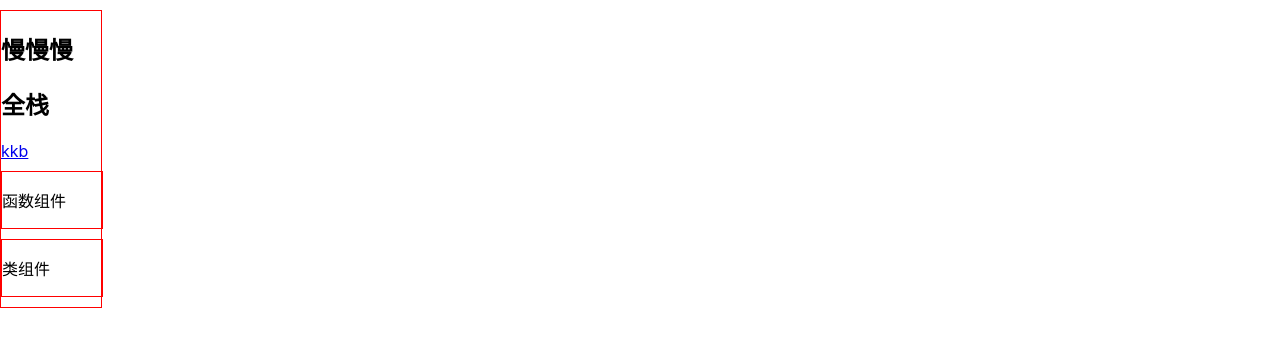
Repository: guoshukun1994/reactByHandWriting
Page: /
The author's editor kept a copy of each file at every save. The page is drawn from the files as they stood at one save, then again after the next save.
The browser window is 1280 px wide. The pictures show the whole page.
The project was rebuilt for these pictures with package versions that can differ from the ones it lists, and the page was loaded fresh each time.

Above is the page before, as saved 2021-02-10 10:05:02.

After the next save:
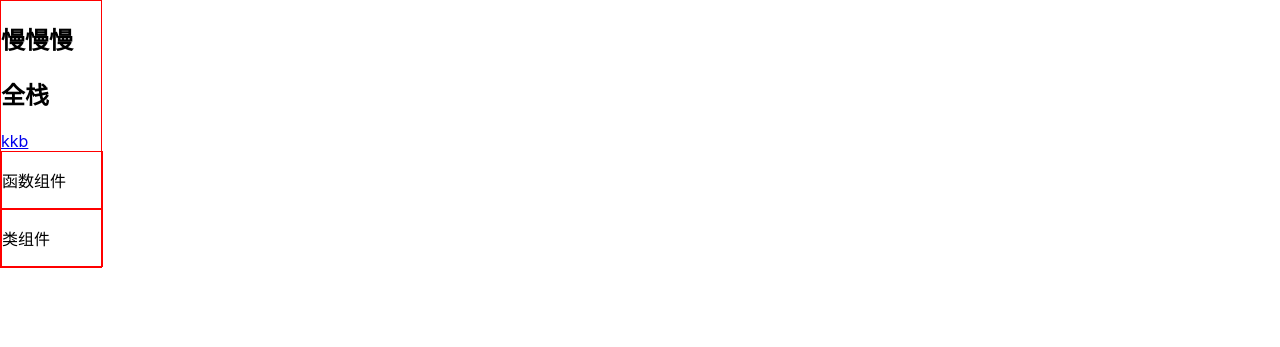
Saved 14 s later.
--- a/src/index.css
+++ b/src/index.css
@@ -15,5 +15,4 @@ code {
 .border {
   width: 100px;
   border: 1px solid red;
-  margin: 10px 0;
 }
